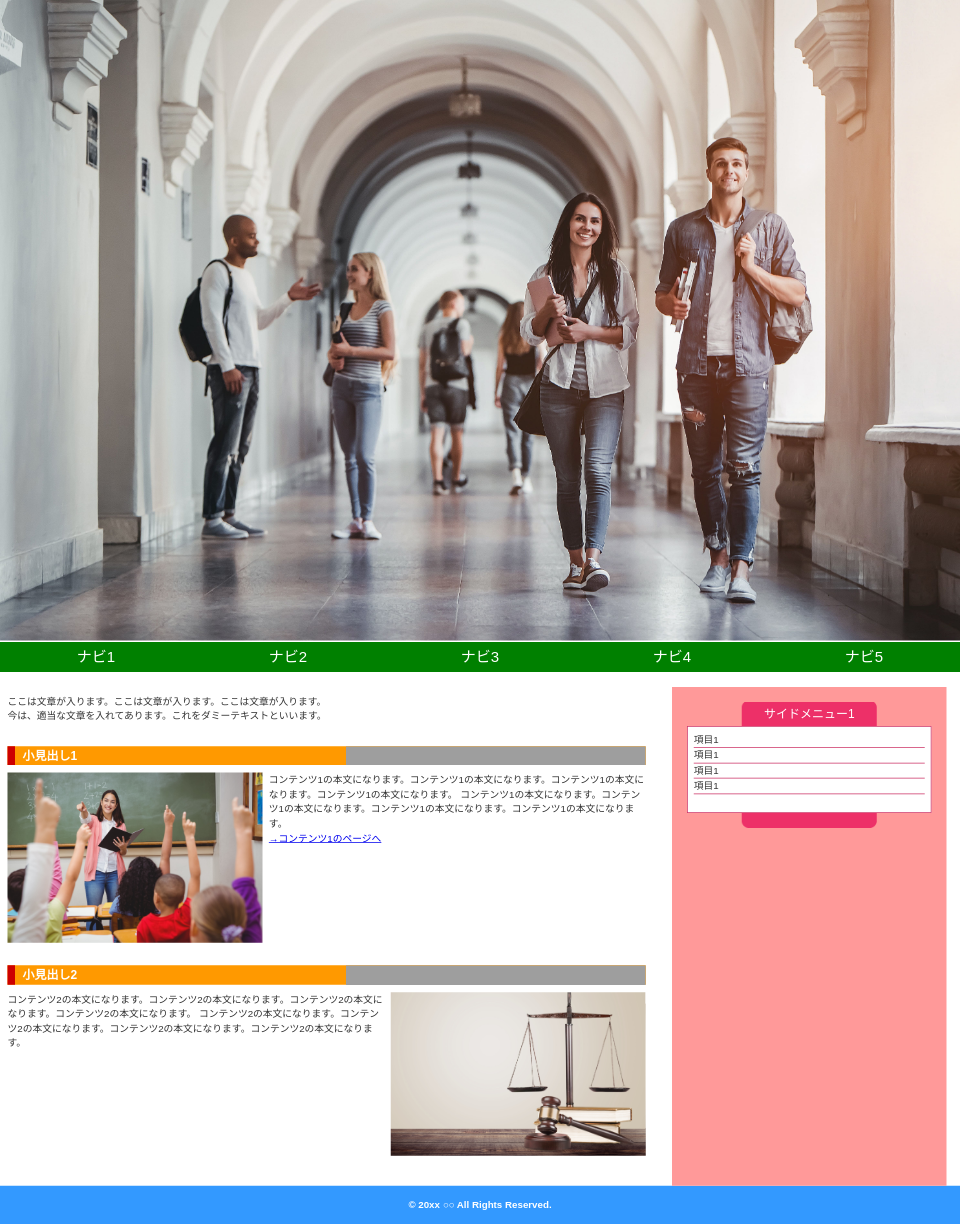
Repository: sakaida0108/samurai_HTML-CSS
Page: home.html
The author's editor kept a record of every edit. The page is drawn from the files as they stood at one moment, then again after the next edit.
The browser window is 1280 px wide. The pictures show the whole page, at 75% of full size.
Pictures or frames that could not be fetched are drawn as grey boxes.

Above is the page before.

After the next edit:
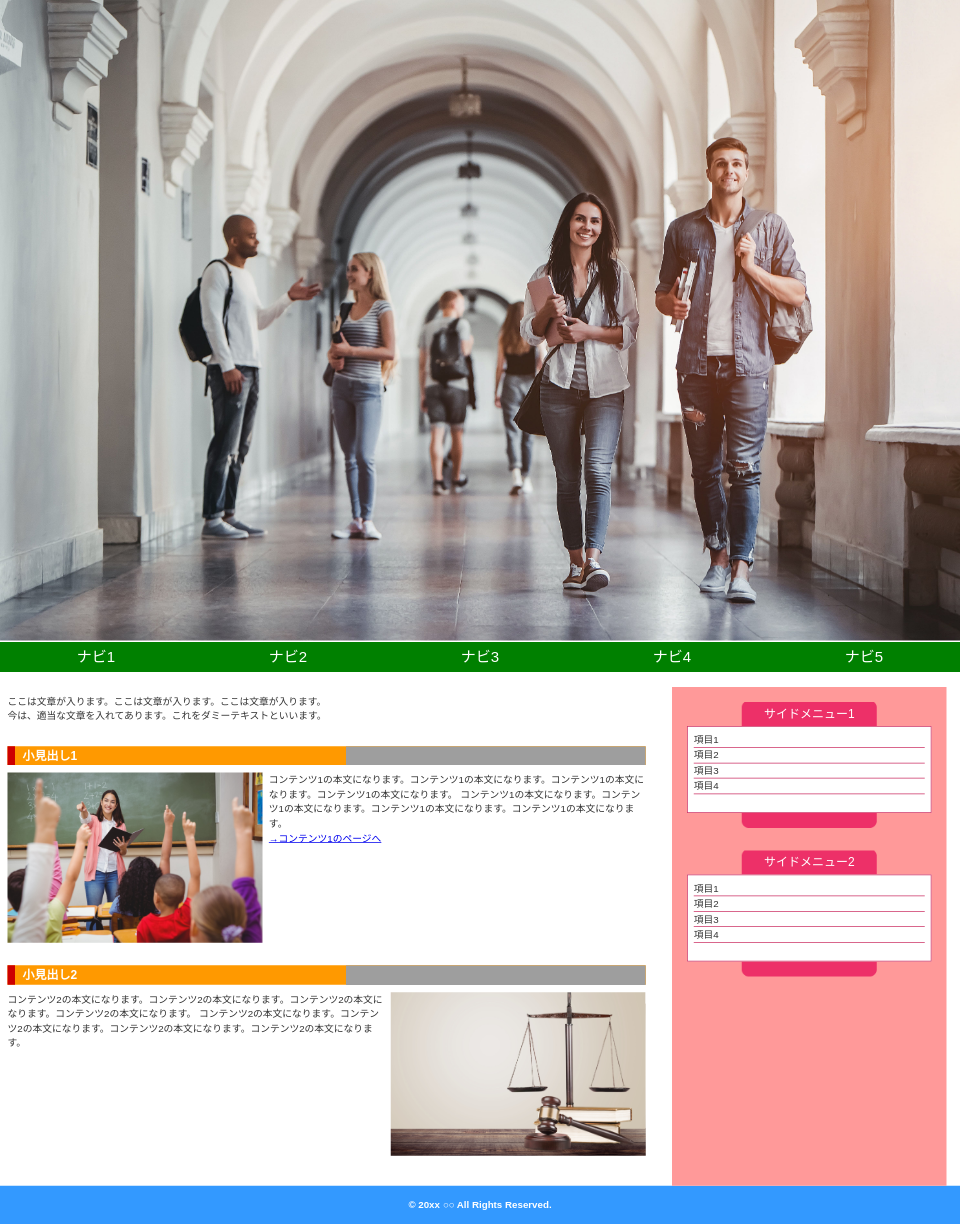
The edit:
--- a/home.html
+++ b/home.html
@@ -48,11 +48,21 @@
                   <div class="boxBody">
                       <ul>
                           <li>項目1</li>
+                          <li>項目2</li>
+                          <li>項目3</li>
+                          <li>項目4</li>
+                      </ul>
+                  </div>
+              </div>
+              <div class="box">
+                  <h2>サイドメニュー2</h2>
+                  <div class="boxBody">
+                      <ul>
                           <li>項目1</li>
-                          <li>項目1</li>
-                          <li>項目1</li>
+                          <li>項目2</li>
+                          <li>項目3</li>
+                          <li>項目4</li>
                       </ul>
-
                   </div>
               </div>
           </div>
